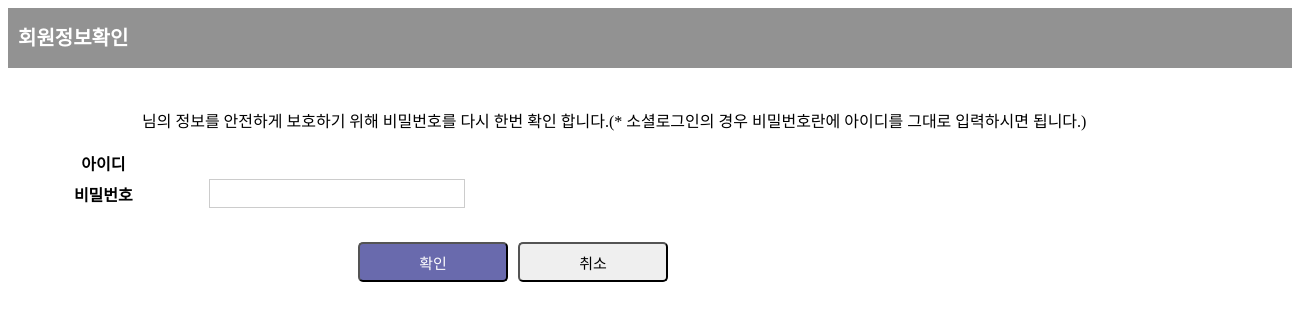
Repository: euzny/Spring-Website
Page: http://localhost/anafor/WEB-INF/views/my_info/checkpw.jsp
An editor plug-in stored every save of this project. The page is shown before and after the next save, followed by the edit.
The browser window is 1280 px wide. The page is 1292 px wide, so the pictures cover 1292 px, including what lies to the right of the window. The pictures show the whole page.
The page is served by Tomcat 9. Nobody is signed in. The template is opened directly, without the code that normally fills it, so the values that code supplies are empty.

Above is the page before, as saved 2022-06-21 10:34:56.

After the next save:
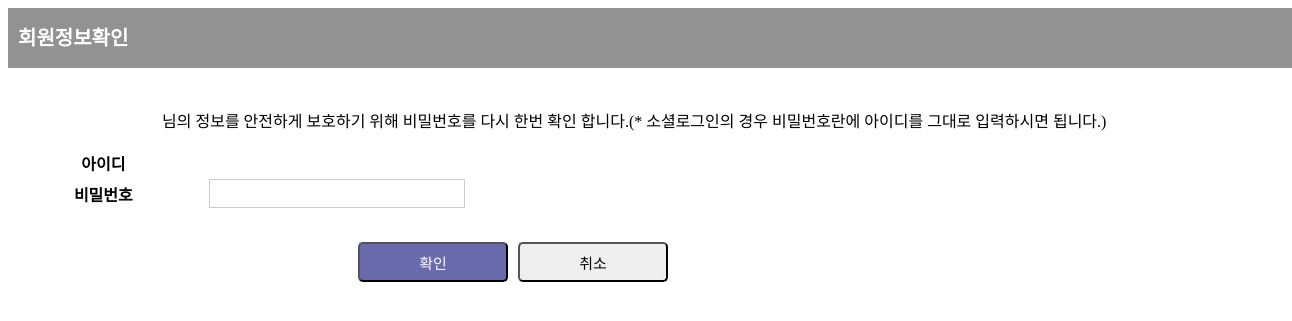
Saved 33 s later.
--- a/Workspace/anafor/src/main/webapp/WEB-INF/views/my_info/checkpw.jsp
+++ b/Workspace/anafor/src/main/webapp/WEB-INF/views/my_info/checkpw.jsp
@@ -8,7 +8,7 @@
 <style>
 	#titlename{ width:100%; background:#929292; height:60px; text-align:left; font-size:20px; font-weight:700; line-height:60px; padding: 0px 10px; color:#FFFFFF; }
 	#spanid,#id{ color:#696AAD; font-weight:800;}
-	#spanid { margin-left:30px; }
+	#spanid { margin-left:50px; }
 	#msg_user{width:80%; height:40px; margin-top:40px; text-align:left; margin-left:100px; }
 	table{
 		width:80%;
